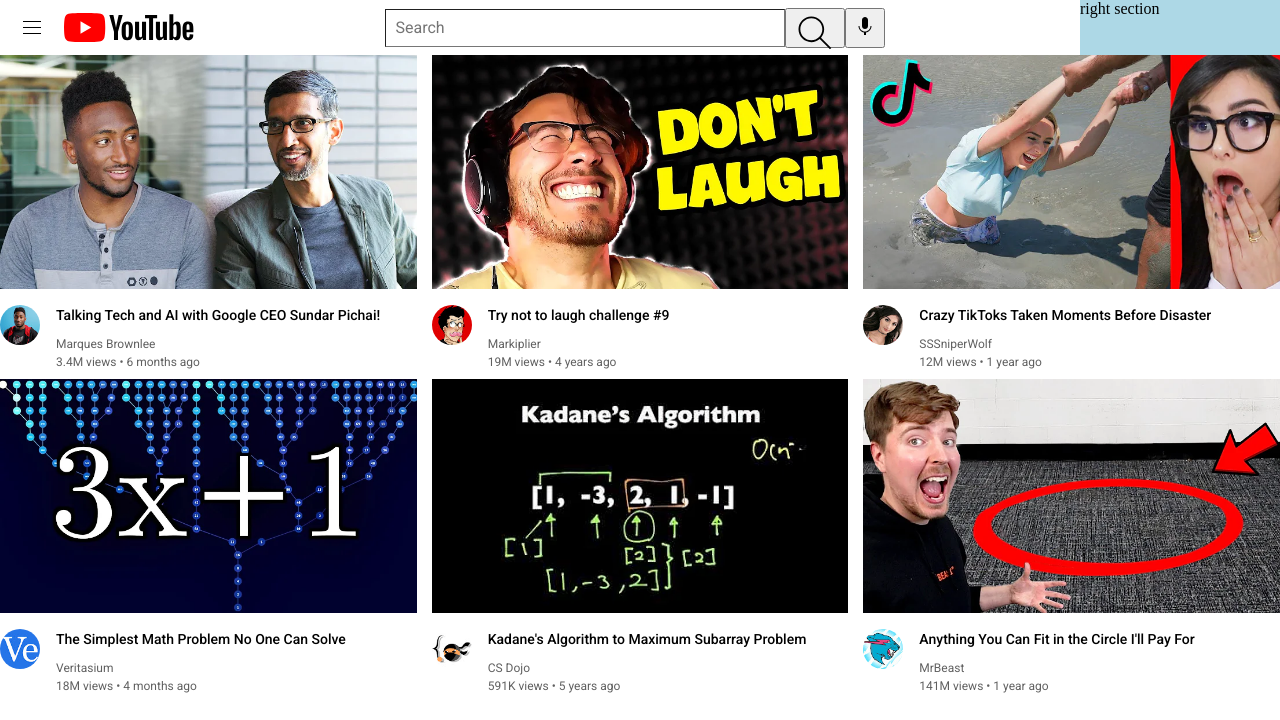
Repository: idahcarts-ux/html-css
Page: youtube.html
These files come from the project's save history. The page is drawn as it stood at one moment and after the next save; the edit follows.
The browser window is 1280 px wide. The pictures show the whole page.

Above is the page before, as saved 2025-11-19 17:16:07.

### youtube.html
<!DOCTYPE html>
<html>
<head>
  <title>YouTube.com Clone</title>

  <link rel="preconnect" href="https://fonts.googleapis.com">
  <link rel="preconnect" href="https://fonts.gstatic.com" crossorigin>
  <link href="https://fonts.googleapis.com/css2?family=Roboto:wght@100;300;400;500;700;900&display=swap" rel="stylesheet">

<link rel="stylesheet" href="styles/general.css">
<link rel="stylesheet" href="styles/video.css">
<link rel="stylesheet" href="styles/header.css">


</head>
<body>
  <div class="header">
    <div class="left-section">
     <img class="hamburger-menu" src="icons/hamburger-menu.svg">
     <img class="youtube-logo" src="icons/youtube-logo.svg">
    </div>
    <div class="middle-section">
      <input class="search-bar" type="text" placeholder="Search">
    <button class="search-button">
      <img src="icons/search.svg">
    </button>
    <button class="voice-search-button">
      <img src="icons/voice-search-icon.svg">
    </button>
    </div>
    <div class="right-section">
      right section
    </div>

  </div>



  <!-- MAIN GRID START -->
  <div class="video-grid">

    <!-- 1 -->
    <div class="video-preview">
      <img class="thumbnails" src="thumbnails/thumbnail-1.webp">
      <div class="video-info-grid">
        <div class="channel-pictures">
          <img class="profile-picture" src="chanel-pictures/channel-1.jpeg">
        </div>
        <div class="video-info">
          <p class="video-title">
            Talking Tech and AI with Google CEO Sundar Pichai!
          </p>
          <p class="video-author">Marques Brownlee</p>
          <p class="video-stats">3.4M views • 6 months ago</p>
        </div>
      </div>
    </div>

    <!-- 2 -->
    <div class="video-preview">
      <img class="thumbnails" src="thumbnails/thumbnail-2.webp">
      <div class="video-info-grid">
        <div class="channel-pictures">
          <img class="profile-picture" src="chanel-pictures/channel-2.jpeg">
        </div>
        <div class="video-info">
          <p class="video-title">Try not to laugh challenge #9</p>
          <p class="video-author">Markiplier</p>
          <p class="video-stats">19M views • 4 years ago</p>
        </div>
      </div>
    </div>

    <!-- 3 -->
    <div class="video-preview">
      <img class="thumbnails" src="thumbnails/thumbnail-3.webp">
      <div class="video-info-grid">
        <div class="channel-pictures">
          <img class="profile-picture" src="chanel-pictures/channel-3.jpeg">
        </div>
        <div class="video-info">
          <p class="video-title">Crazy TikToks Taken Moments Before Disaster</p>
          <p class="video-author">SSSniperWolf</p>
          <p class="video-stats">12M views • 1 year ago</p>
        </div>
      </div>
    </div>

    <!-- 4 -->
    <div class="video-preview">
      <img class="thumbnails" src="thumbnails/thumbnail-4.webp">
      <div class="video-info-grid">
        <div class="channel-pictures">
          <img class="profile-picture" src="chanel-pictures/channel-4.jpeg">
        </div>
        <div class="video-info">
          <p class="video-title">The Simplest Math Problem No One Can Solve</p>
          <p class="video-author">Veritasium</p>
          <p class="video-stats">18M views • 4 months ago</p>
        </div>
      </div>
    </div>

    <!-- 5 -->
    <div class="video-preview">
      <img class="thumbnails" src="thumbnails/thumbnail-5.webp">
      <div class="video-info-grid">
        <div class="channel-pictures">
          <img class="profile-picture" src="chanel-pictures/channel-5.jpeg">
        </div>
        <div class="video-info">
          <p class="video-title">
            Kadane's Algorithm to Maximum Subarray Problem
          </p>
          <p class="video-author">CS Dojo</p>
          <p class="video-stats">591K views • 5 years ago</p>
        </div>
      </div>
    </div>

    <!-- 6 -->
    <div class="video-preview">
      <img class="thumbnails" src="thumbnails/thumbnail-6.webp">
      <div class="video-info-grid">
        <div class="channel-pictures">
          <img class="profile-picture" src="chanel-pictures/channel-6.jpeg">
        </div>
        <div class="video-info">
          <p class="video-title">
            Anything You Can Fit in the Circle I'll Pay For
          </p>
          <p class="video-author">MrBeast</p>
          <p class="video-stats">141M views • 1 year ago</p>
        </div>
      </div>
    </div>

  </div>
  <!-- MAIN GRID END -->



</body>
</html>

### styles/general.css
 p {
    font-family: Roboto, Arial;
    margin-top: 0;
    margin-bottom: 0;
  }

  body {
    margin: 0;
  }

### styles/video.css



  .thumbnails {
    width: 100%;
  }



  .video-title {
    font-size: 14px;
    font-weight: 500;
    line-height: 20px;
    margin-bottom: 12px;
  }

  .video-info-grid {
    display: flex;
    margin-top: 12px;
  }

  /* FIX: Ensure the profile picture container is just large enough for the picture */
  .channel-pictures {
    width: 48px; /* Slightly larger than the picture for padding/margin */
    flex-shrink: 0;
    margin-right: 8px; /* Added some spacing to separate picture from text */
  }

  /* FIX: Ensure the profile picture fills its container and maintain aspect ratio */
  .profile-picture {
    width: 40px; /* Kept your desired size */
    height: 40px; /* Added explicit height to force a square container */
    object-fit: cover; /* Ensures image covers the area without distortion */
    border-radius: 50%;
  }

  /* FIX: Removed fixed width which was unnecessary and potentially restrictive */
  .video-info {
    /* width: 200px; <--- Removed this line */
    flex: 1; /* Allow it to take up the remaining space */
  }

  .video-author {
    font-size: 12px;
    color: rgb(96, 96, 96);
    margin-bottom: 4px;
  }

  .video-stats {
    font-size: 12px;
    color: rgb(96, 96, 96);
  }

  .video-grid {
    display: grid;
    grid-template-columns: 1fr 1fr 1fr;
    column-gap: 15px;
    row-gap: 10px;
  }

### styles/header.css


  .header {
    height:55px;
    display:flex;
    flex-direction: row;
    justify-content: space-between;
  }

  .left-section {
  display: flex;
   align-items: center;


  }
    .youtube-logo {
    width: 12vw;        /* Scales with viewport width */
    min-width: 80px;    /* Don't get too small */
    max-width: 130px;   /* Don't grow too large */
    height: auto;       /* Keep aspect ratio */
    transition: width 0.25s ease;
}


  .hamburger-menu {
    height: 24px;
    margin-left: 20px;
    margin-right: 20px;
  }
  .middle-section {
    flex:1;
    margin-left: 30px;
    margin-right: 35px;
    max-width:500px;
    display: flex;
    align-items:center;
  }
  .search-bar {
    flex:1;
    height:34px;
    padding-left:10px;
    font-size: 16px;
    border-width: 1px;
    border-color: rgb(192, 192);
  }
  .search-bar::placeholder {
    font-family: Roboto, Arial;
    fon-size:15px;
  }
  .search-button {
    height:40px;
    width:60px;
  }
  .voice-search-button {
    height:40px;
    width:40px;
  }
  .right-section {
    background-color: lightblue;
    width:200px;
  }

After the next save:
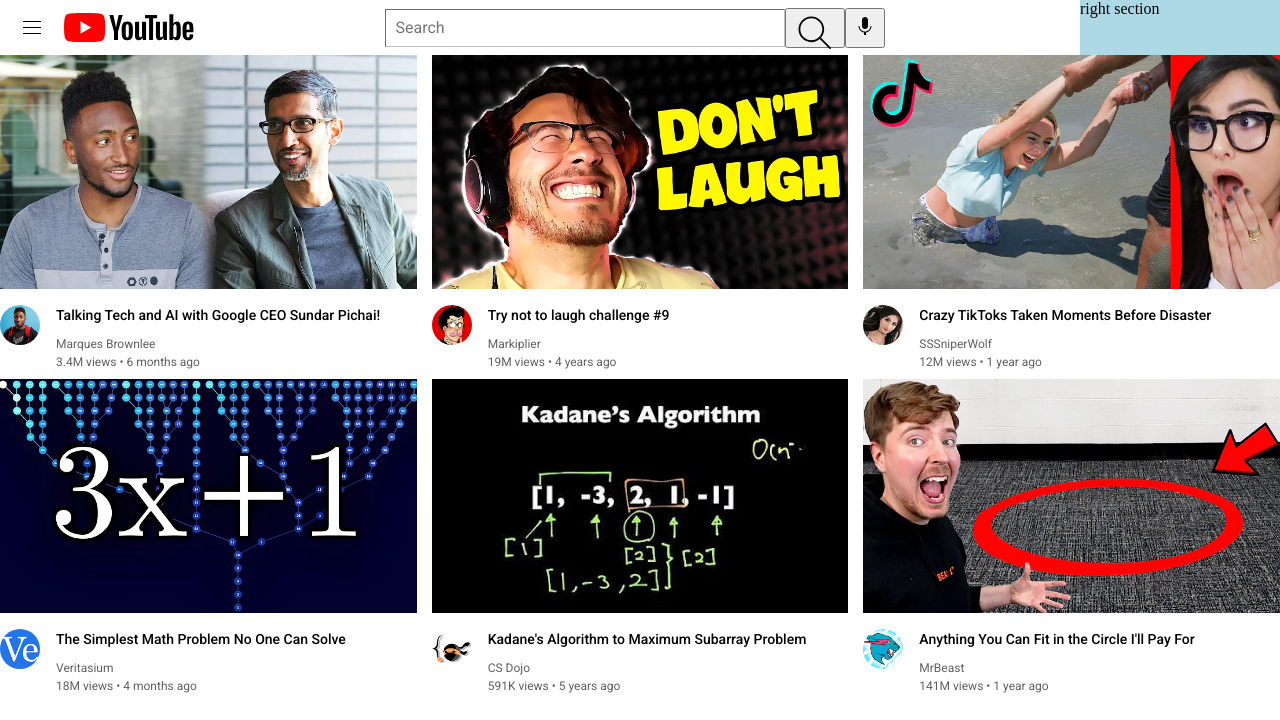
Saved 4 s later.
--- a/styles/header.css
+++ b/styles/header.css
@@ -41,7 +41,7 @@
     padding-left:10px;
     font-size: 16px;
     border-width: 1px;
-    border-color: rgb(192, 192);
+    border-color: rgb(192, 192,192);
   }
   .search-bar::placeholder {
     font-family: Roboto, Arial;
